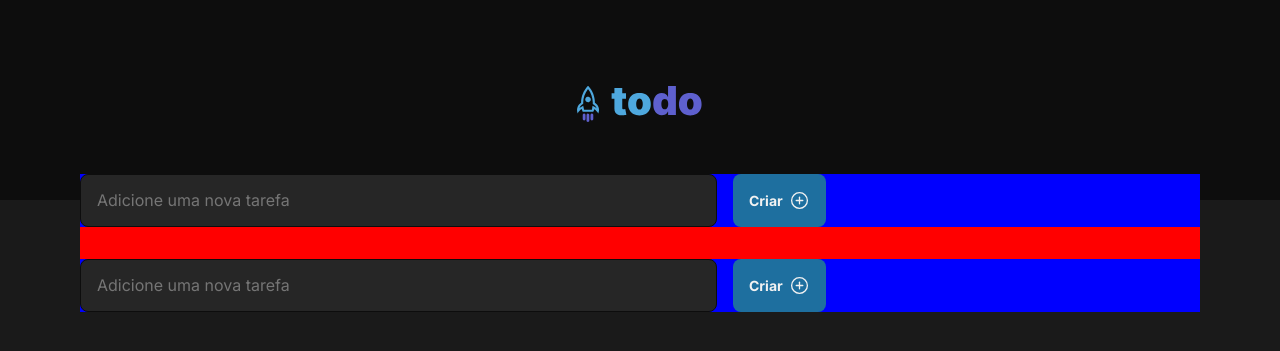
Repository: viniimartins/ToDoListROCKETSEAT
Page: /
The author's editor kept a copy of each file at every save. The page is drawn from the files as they stood at one save, then again after a run of saves.
The browser window is 1280 px wide. The pictures show the whole page.
The project was rebuilt for these pictures with package versions that can differ from the ones it lists, and the page was loaded fresh each time. Also part of the build but not shown: vite.config.ts.

Above is the page before, as saved 2023-05-05 15:20:23.

After the next 2 saves:
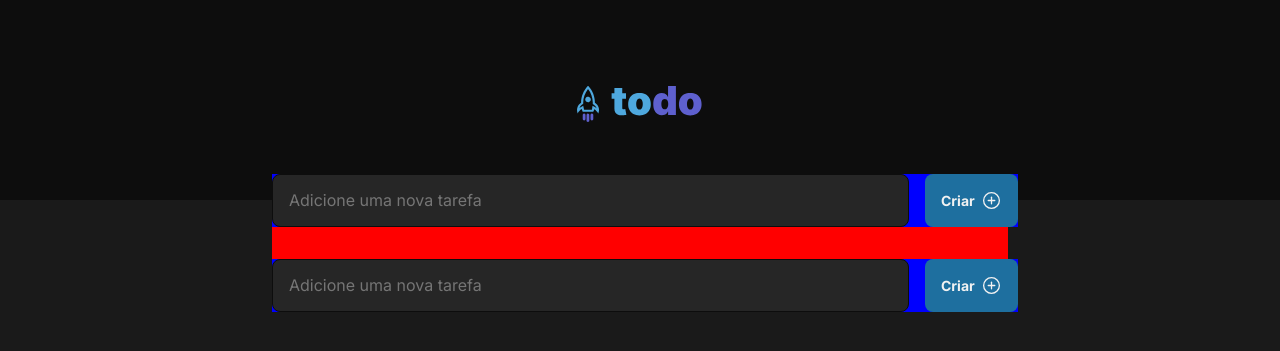
The 2 saves are shown as one change because they came seconds apart.
The last was saved 2 min 17 s later.
--- a/src/App.module.css
+++ b/src/App.module.css
@@ -1,5 +1,5 @@
 .wrapper {
-  max-width: 70rem;
+  max-width: 46rem;
   margin: -1.656rem auto;
 
   display: grid;
